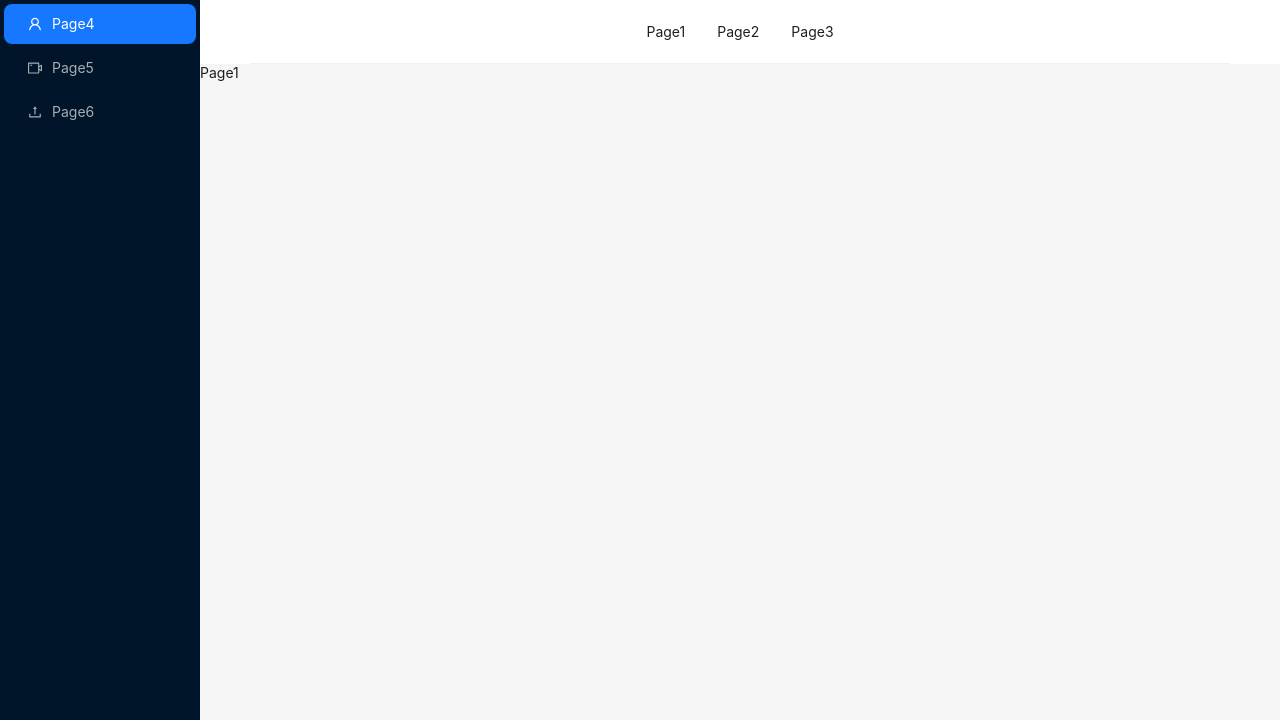
Repository: BESTETURKMEN/e-commerce
Page: /
The author's editor kept a copy of each file at every save. The page is drawn from the files as they stood at one save, then again after the next save.
The browser window is 1280 px wide. The pictures show the whole page.
The project was rebuilt for these pictures with package versions that can differ from the ones it lists, and the page was loaded fresh each time. Also part of the build but not shown: webpack.config.js, src/pages/page2.jsx, src/pages/page3.jsx.

Above is the page before, as saved 2023-08-21 10:41:56.

After the next save:
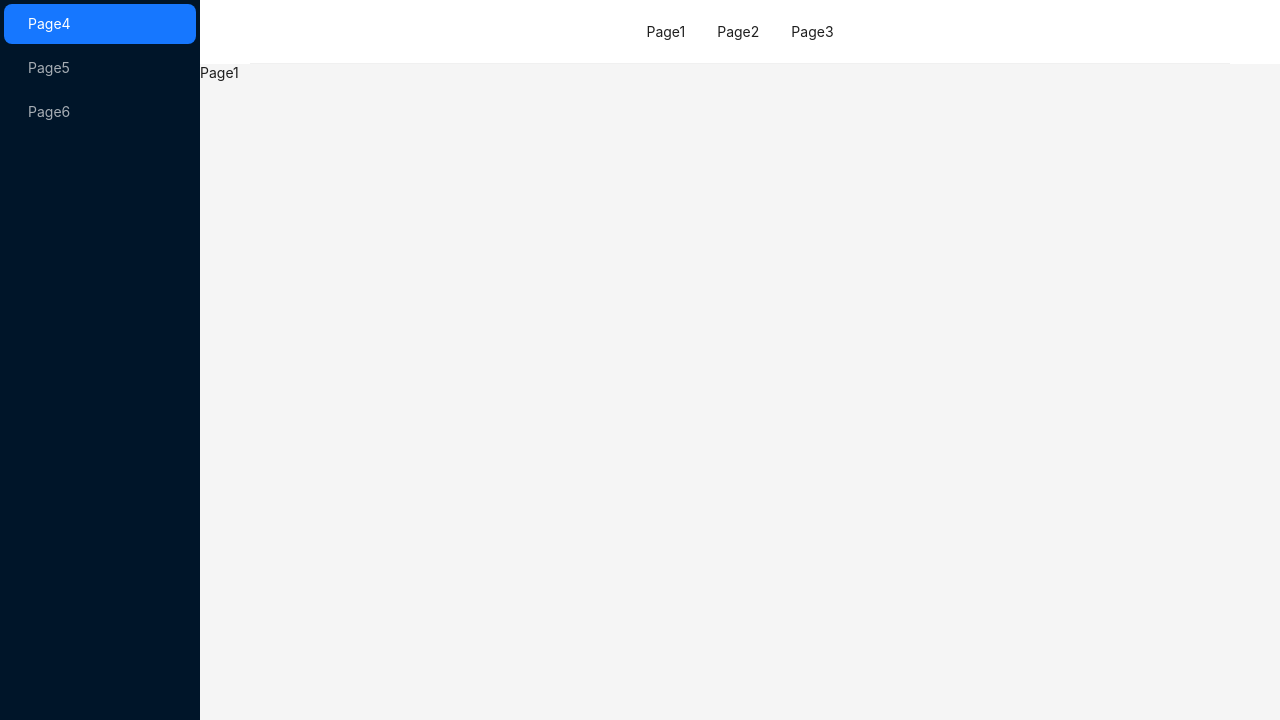
Saved 110 s later.
--- a/src/layout/sider.jsx
+++ b/src/layout/sider.jsx
@@ -1,10 +1,5 @@
 import { Menu } from "antd";
 import React from "react";
-import {
-  UploadOutlined,
-  UserOutlined,
-  VideoCameraOutlined,
-} from "@ant-design/icons";
 
 export default function Sider() {
   return (
@@ -17,17 +12,14 @@ export default function Sider() {
         items={[
           {
             key: "1",
-            icon: <UserOutlined />,
             label: "Page4",
           },
           {
             key: "2",
-            icon: <VideoCameraOutlined />,
             label: "Page5",
           },
           {
             key: "3",
-            icon: <UploadOutlined />,
             label: "Page6",
           },
         ]}
